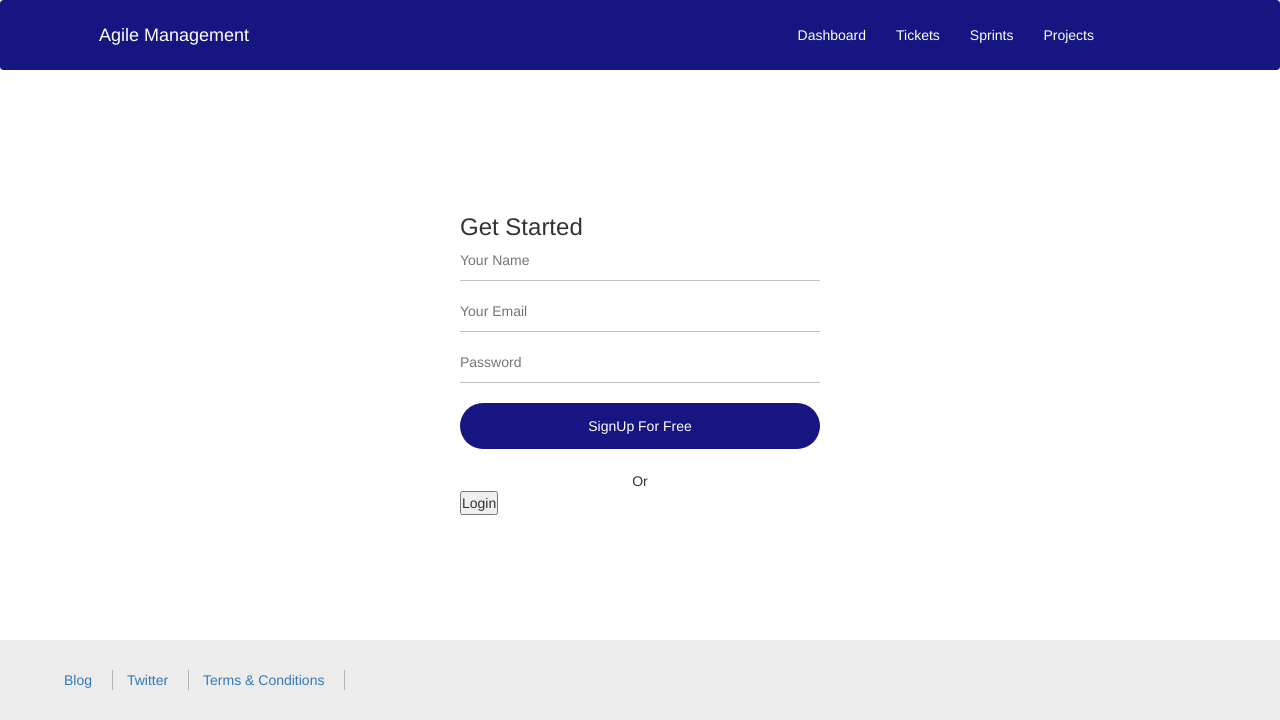
Repository: princexavier/agil
Page: http://localhost/Agile/
These files come from the project's save history. The page is drawn as it stood at one moment and after the next save; the edit follows.
The browser window is 1280 px wide. The pictures show the whole page.
Some web libraries are served in a nearby version. The page is served by Tomcat 9. Other server files are loaded and not shown.

Above is the page before, as saved 2018-01-19 04:57:56.

### workspace/Agile/WebContent/index.jsp
<%@ page language="java" contentType="text/html; charset=ISO-8859-1"
	pageEncoding="ISO-8859-1"%>
<!DOCTYPE html>
<html lang="en">

<head>
    <meta charset="UTF-8">
    <title>Registration</title>
    <link rel="stylesheet" href="https://maxcdn.bootstrapcdn.com/bootstrap/3.3.7/css/bootstrap.min.css">
    <!-- jQuery library -->
    <script src="https://ajax.googleapis.com/ajax/libs/jquery/3.2.1/jquery.min.js"></script>
    <!-- Latest compiled JavaScript -->
    <script src="https://maxcdn.bootstrapcdn.com/bootstrap/3.3.7/js/bootstrap.min.js"></script>
    <link rel="stylesheet" href="css/style.css">
    <link rel="stylesheet" href="https://maxcdn.bootstrapcdn.com/font-awesome/4.7.0/css/font-awesome.min.css">
</head>

<body>
    <header>
        <nav class="navbar navbar-default">
            <div class="container-fluid">
                <div class="navbar-header">
                    <a class="navbar-brand" href="#">Agile Management</a>
                </div>
                <ul class="nav navbar-nav">
                    <li class="active"><a href="#">Dashboard</a></li>
                    <li><a href="ticket.html">Tickets</a></li>
                    <li><a href="ticket.html">Sprints</a></li>
                    <li><a href="#">Projects</a></li>
                </ul>
            </div>
        </nav>
    </header>

    <div class="container">
    	<div class="row">
    		<div class="col-md-4"></div>
    		<div class="col-md-4">
    			<form action=""class="reg-form">
    				<h3>Get Started</h3>
    				<input type="text" placeholder="Your Name">
    				<input type="text" placeholder="Your Email">
    				<input type="text" placeholder="Password">
    				<button class="sign-up">SignUp For Free</button>
    				<span>Or</span>
    			    <button class="login">Login</button>
    			</form>
    		</div>
    		<div class="col-md-4"></div>
    	</div>
    </div>
    <footer>
        <ul class="foot-content">
            <li>
                <a href="#">Blog</a>
            </li>
            <li>
                <a href="#">Twitter</a>
            </li>
            <li>
                <a href="#">Terms & Conditions</a>
            </li>
        </ul>
    </footer>
</body>

</html>

### workspace/Agile/WebContent/css/style.css
* {
	margin: 0px;
	padding: 0px;
	text-decoration: none;
	list-style-type: none;
}

a:hover {
	text-decoration: none;
}

.reg-form {
	margin-top: 40%;
}

.sign-up {
	outline:none;
	border: none;
	display: block;
	width: 100%;
	padding: 13px;
	border-radius: 40px;
	background: #161582;
	color: #fff;
}
.reg-form >span{
	display:block;
	padding-top:22px;
	text-align:center;
}
.reg-form input {
	cursor: pointer;
	padding-bottom: 10px;
	margin-bottom: 20px;
	outline: none;
	display: block;
	width: 100%;
	border: none;
	border-bottom: 1px solid #c7bdbd;
	transition: 0.8s ease;
}

.reg-form input:focus {
	border-bottom: 1px solid #161582;
}

.divider-1 {
	display: inline-block;
	width: calc(100%/ 1);
	float: left;
}

.divider-2 {
	display: inline-block;
	width: calc(100%/ 2);
	float: left;
}

.color {
	color: #161582;
	padding-right: 5px;
	cursor: pointer;
	transition: 0.2s ease-in-out;
}

.color:hover {
	color: #16158261;
}

.clearfix:after {
	content: "";
	display: block;
	clear: both;
}

.navbar-nav {
	float: right;
	margin-right: 100px;
}

.navbar-default {
	border: none;
	padding: 10px 56px 10px 84px;
	background: #161582;
	margin-bottom: 0px;
}

.navbar-brand,.navbar-nav>li>a {
	color: #fff !important;
}

nav .active a {
	background-color: transparent !important;
}

.dashboard {
	padding: 20px 0px;
	background: #ececec;
}

.dash-title {
	padding-left: 111px;
}

.auth {
	background: #ececec;
	padding: 20px;
}

.left-content>span {
	display: block;
}

.lab-title {
	padding: 20px 0px;
}

.bg {
	margin-top: 20px;
	padding: 10px 0px;
	background: #a6e4a6;
}

.bg a>button {
	float: right;
	margin-right: 20px;
	border: none;
}

footer {
	position: fixed;
	bottom: 0px;
	width: 100%;
	padding: 20px 0px;
	background: #ececec;
}

.right-bor {
	border-right: 1px solid #ececec;
}

.foot-content:first-child {
	margin-left: 64px;
	margin-top: 10px;
}

.foot-content li {
	border-right: 1px solid #a79a9ab8;
	padding-right: 20px;
	display: inline-block;
	margin-right: 10px;
}

.bar {
	width: 90%;
	background: #ececec;
	border-left: 10px solid blue;
}

.bar>span {
	float: right;
}

/*Ticket page style */
.btn-style {
	border: none;
	color: #fff;
	outline: none;
	background: #161582;
	transition: 0.5s ease-in-out;
}

.first-btn {
	margin-left: 150px
}

.btn-style:hover {
	background: #161582a8;
}

.icon-style {
	padding-right: 10px;
}

.events {

}

.list-style {
	padding: 10px 0px;
}

/*New ticket page style*/
.cs-btn {
	padding: 11px 10px;
	margin-left: 150px;
	color: #ffff;
	background: #161582;
	transition: 0.5s ease-in-out;
}

.cs-btn:hover {
	background: #1615825c;
	color: #fff;
}

textarea {
	resize: none;
}

.nav-tabs {
	margin-bottom: 50px;
}

label {
	font-weight: 300;
}

.btn-primary {
	background-color: #161582;
}

#menu4>p {
	padding: 20px 10px;
	background: #ececec;
	margin-bottom: 40px;
}

input[type="date"] {
	border-radius: 4px;
}

After the next save:
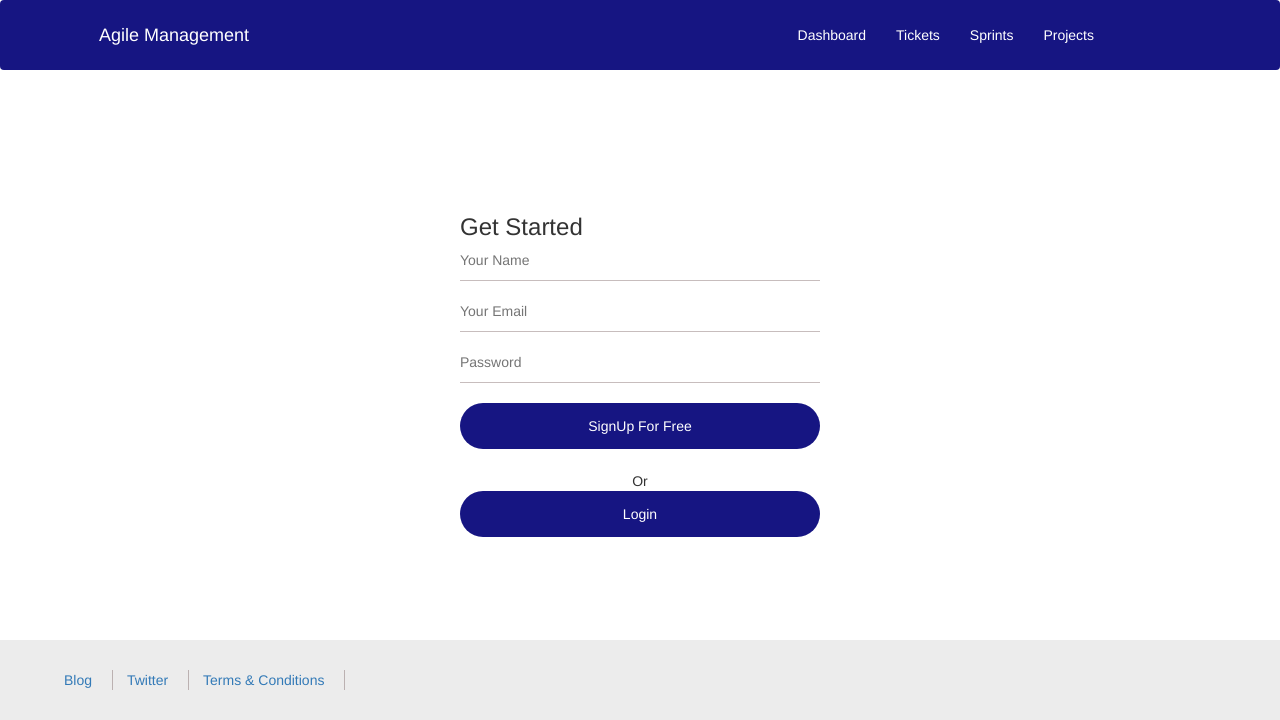
Saved 12 s later.
--- a/workspace/Agile/WebContent/index.jsp
+++ b/workspace/Agile/WebContent/index.jsp
@@ -43,7 +43,7 @@
     				<input type="text" placeholder="Password">
     				<button class="sign-up">SignUp For Free</button>
     				<span>Or</span>
-    			    <button class="login">Login</button>
+    			    <button class="sign-up">Login</button>
     			</form>
     		</div>
     		<div class="col-md-4"></div>
